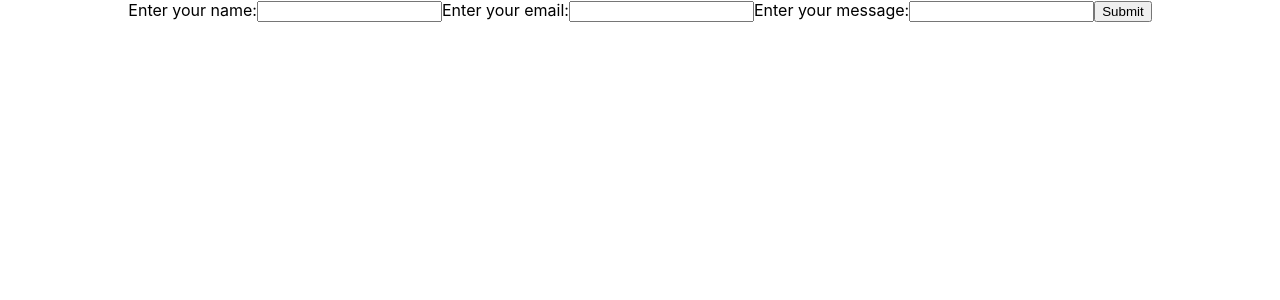
Repository: AddamVictorioDev/ProfileWebsite
Page: /form (app in con/)
The author's editor kept a copy of each file at every save. The page is drawn from the files as they stood at one save, then again after the next save.
The browser window is 1280 px wide. The pictures show the whole page.
The project was rebuilt for these pictures with package versions that can differ from the ones it lists, and the page was loaded fresh each time. Also part of the build but not shown: con/src/App.css, con/src/home.css, con/src/home.js, con/src/addam.css, con/src/addam.js, con/src/usescripts.js, con/src/projects.js.

Above is the page before, as saved 2023-03-16 18:27:21.

### con/src/index.css
body {
  margin: 0;
  font-family: -apple-system, BlinkMacSystemFont, 'Segoe UI', 'Roboto', 'Oxygen',
    'Ubuntu', 'Cantarell', 'Fira Sans', 'Droid Sans', 'Helvetica Neue',
    sans-serif;
  -webkit-font-smoothing: antialiased;
  -moz-osx-font-smoothing: grayscale;
  /* background-image: url("/Users/addamvictorio/con/src/waterdropwallpp.jpg"); */
  /* background-color: #ffffff; */

}

code {
  font-family: source-code-pro, Menlo, Monaco, Consolas, 'Courier New',
    monospace;
}

### con/src/App.js
import logo from './logo.svg';
import './App.css';
import HomePage from './home';
import Addam from './addam';

import {
  BrowserRouter,
  Routes,
  Route
} from "react-router-dom";
import Projects from './projects';
import MyForm from './form';

function App() {

  return (

    <BrowserRouter>
      <Routes>


      <Route exact path="/" element={<Addam />}  />
      <Route path="projects" element={<Projects />} />
      <Route path="form" element={<MyForm />} />

      </Routes>


  </BrowserRouter>

  );
}

export default App;

### con/src/form.js
import { useState } from 'react';
import ReactDOM from 'react-dom/client';
import './form.css'

function MyForm() {
  const [inputs, setInputs] = useState({});

  const handleChange = (event) => {
    const name = event.target.name;
    const value = event.target.value;
    setInputs(values => ({...values, [name]: value}))
  }

  const handleSubmit = (event) => {
    event.preventDefault();
    alert(inputs);
  }

  return (
    <div className="center">
    <form onSubmit={handleSubmit}>
      <label>Enter your name:
      <input
        type="text"
        name="username"
        value={inputs.username || ""}
        onChange={handleChange}
      />
      </label>
      <label>Enter your email:
        <input
          type="text"
          name="age"
          value={inputs.age || ""}
          onChange={handleChange}
        />
        </label>
        <label>Enter your message:
      <input
        type="text"
        name="username"
        value={inputs.username || ""}
        onChange={handleChange}
      />
      </label>
        <input type="submit" />
    </form>
    </div>
  )
}

export default MyForm;

### con/src/projects.css
.center{
    display: grid;
    justify-content: center;
    align-items: center;


}
.photo-grid {
    display: flex;
    height: 100%;

    border-radius: 10px;
    border-color: black;

    flex-wrap: wrap;
    justify-content: center;
    align-items: center;
    gap: 10px;
    background-color: blueviolet;
  }

  .photo-item {
    height: 100%;


    position: relative;




    overflow: auto;
  }

  img {
    width: 100%;
    height: 100%;


    object-fit: cover;
  }
  .img-text {
    position: absolute;
    width: 100%;
    bottom: 10px;

    color: white;
    background-color: rgb(199, 6, 6);
    padding: 10px;
  }

### con/src/form.css

.container{
    justify-content: center;
    align-items:center;
    background-color: aquamarine;
}

.center{
    display: flex;
    flex-direction: column;
    justify-content: center;
    align-items: center;


}

Loaded but not shown: con/public/index.html (common file); con/src/index.js (common file); con/src/reportWebVitals.js (common file)

After the next save:
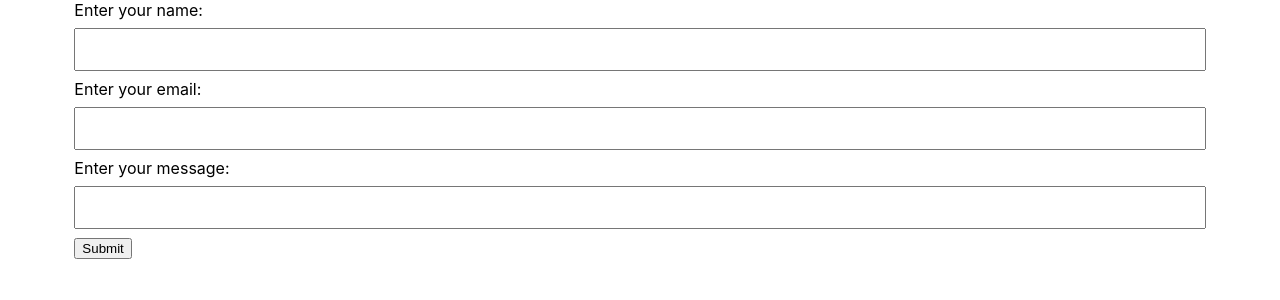
Saved 113 s later.
--- a/con/src/form.css
+++ b/con/src/form.css
@@ -13,3 +13,9 @@
 
 
 }
+input[type=text] {
+    width: 100%;
+    padding: 12px 20px;
+    margin: 8px 0;
+    box-sizing: border-box;
+  }
